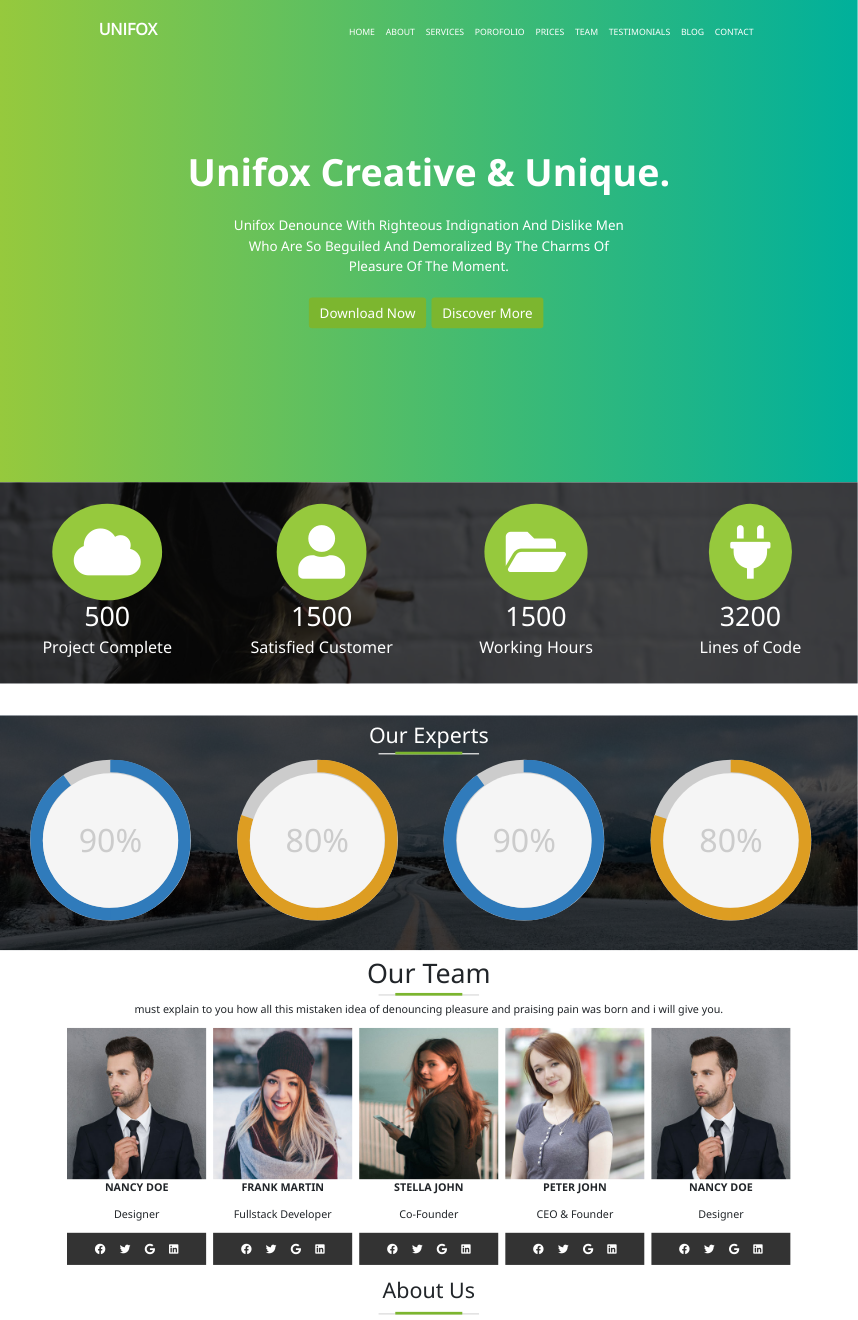
Repository: ibrkhalil/Uniforce-First-Attempt
Page: index.html
An editor plug-in stored every save of this project. The page is shown before and after the next save, followed by the edit.
The browser window is 1280 px wide. The pictures show the whole page, at 67% of full size.
Backgrounds fixed to the window are drawn as part of the page.

Above is the page before, as saved 2021-01-24 02:26:16.

### index.html
<!DOCTYPE html>
<html lang="en">
  <head>
    <meta charset="UTF-8" />
    <link rel="stylesheet" href="./bootstrap.min.css" />
    <link rel="stylesheet" href="owl.carousel.css" />
    <link rel="preconnect" href="https://fonts.gstatic.com" />
    <link rel="stylesheet" href="./jquery-ui.css" />
    <link
      rel="stylesheet"
      href="https://use.fontawesome.com/releases/v5.15.2/css/all.css"
      integrity="sha384-vSIIfh2YWi9wW0r9iZe7RJPrKwp6bG+s9QZMoITbCckVJqGCCRhc+ccxNcdpHuYu"
      crossorigin="anonymous"
    />
    <link rel="stylesheet" href="./circle.css" />
    <link
      href="https://fonts.googleapis.com/css2?family=Open+Sans&display=swap"
      rel="stylesheet"
    />
    <link rel="stylesheet" href="style.css" />
    <meta name="viewport" content="width=device-width, initial-scale=1.0" />
    <title>Unifox</title>
  </head>

  <body>
    <div class="main-nav">
      <nav
        class="navbar navbar-expand-lg justify-content-around sticky-top navbar-fixed-top"
      >
        <!-- <div class="container"> -->
        <a class="navbar-brand" href="#"><h3 class="unifox">UNIFOX</h3></a>
        <button
          class="navbar-toggler"
          type="button"
          data-toggle="collapse"
          data-target="#navbarSupportedContent"
          aria-controls="navbarSupportedContent"
          aria-expanded="false"
          aria-label="Toggle navigation"
        >
          <span class="fa fa-bars fa-3x"></span>
        </button>
        <div class="">
          <div class="nav-items">
            <div class="collapse navbar-collapse" id="navbarSupportedContent">
              <ul class="navbar-nav mr-auto">
                <li class="item">
                  <a class="nav-link active" href="#">HOME</a>
                </li>
                <li class="nav-item"><a class="nav-link" href="#">ABOUT</a></li>
                <li class="nav-item">
                  <a class="nav-link" href="#">SERVICES</a>
                </li>
                <li class="nav-item">
                  <a class="nav-link" href="#">POROFOLIO</a>
                </li>
                <li class="nav-link"><a href="#">PRICES</a></li>
                <li class="nav-link"><a href="#">TEAM</a></li>
                <li class="nav-link"><a href="#">TESTIMONIALS</a></li>
                <li class="nav-link"><a href="#">BLOG</a></li>
                <li class="nav-link"><a href="#">CONTACT</a></li>
              </ul>
            </div>
          </div>
        </div>

        <!-- </div> -->
      </nav>

      <!-- nav end -->

      <div class="jumbotron">
        <h1 class="display-4 jumbo-main-text">
          <strong>Unifox Creative & Unique.</strong>
        </h1>
        <p class="lead jumbo-subtext">
          Unifox Denounce With Righteous Indignation And Dislike Men Who Are So
          Beguiled And Demoralized By The Charms Of Pleasure Of The Moment.
        </p>

        <div class="jumbo-btns">
          <p class="lead">
            <a class="btn jumbo-btn btn-primary btn-lg" href="#" role="button"
              >Download Now</a
            >
          </p>
          <p class="lead">
            <a class="btn jumbo-btn btn-primary btn-lg" href="#" role="button"
              >Discover More</a
            >
          </p>
        </div>
      </div>
      <!-- jumbotron end -->
      <!-- heading end -->
    </div>
    <div class="counting-number parallax">
      <div class="container-fluid">
        <div class="row">
          <div class="col-md-3">
            <i class="fa counting-icon fa-cloud fa-5x"></i>
            <h1 class="counter" data-count="500">0</h1>
            <h4>Project Complete</h4>
          </div>
          <div class="col-md-3">
            <i class="fa counting-icon fa-user fa-5x"></i>
            <h1 class="counter" data-count="1500">0</h1>
            <h4>Satisfied Customer</h4>
          </div>
          <div class="col-md-3">
            <i class="fa counting-icon fa-folder-open fa-5x"></i>
            <h1 class="counter" data-count="1500">0</h1>
            <h4>Working Hours</h4>
          </div>
          <div class="col-md-3">
            <i class="fa counting-icon fa-plug fa-5x"></i>
            <h1 class="counter" data-count="3200">0</h1>
            <h4>Lines of Code</h4>
          </div>
        </div>
      </div>
    </div>

    <br />
    <br />

    <!-- Counting number div -->
    <div class="our-experts-main">
      <h2 class="our-experts-word line">Our Experts</h2>

      <div class="our-experts">
        <div class="clearfix circular-icons">
          <div class="c100 p90 big blue">
            <span>90%</span>
            <div class="slice">
              <div class="bar"></div>
              <div class="fill"></div>
            </div>
          </div>
          <div class="c100 p80 big orange">
            <span>80%</span>
            <div class="slice">
              <div class="bar"></div>
              <div class="fill"></div>
            </div>
          </div>
          <div class="c100 p90 big blue">
            <span>90%</span>
            <div class="slice">
              <div class="bar"></div>
              <div class="fill"></div>
            </div>
          </div>

          <div class="c100 p80 big orange">
            <span>80%</span>
            <div class="slice">
              <div class="bar"></div>
              <div class="fill"></div>
            </div>
          </div>
        </div>
        <!-- /green -->

        <!-- orange -->
        <div class="clearfix"></div>
      </div>
    </div>

    <!-- experts end -->

    <div class="our-team">
      <div class="container">
        <div class="our-team-text">
          <h1 class="line">Our Team</h1>

          <p>
            must explain to you how all this mistaken idea of denouncing
            pleasure and praising pain was born and i will give you.
          </p>
        </div>
        <div class="top-content">
          <div class="container-fluid">
            <div class="owl-carousel owl-theme">
              <div class="item">
                <img
                  src="./images/1 (1).jpg"
                  class="img-fluid mx-auto d-block"
                  alt="img1"
                />
                <strong class="team-member-name">
                  <p>STELLA JOHN</p>
                </strong>
                <p>Co-Founder</p>
                <div class="social-media-icons" data-content="Link Hover">
                  <div
                    class="container d-flex justify-content-around align-items-center"
                  >
                    <i class="fab fa-facebook"></i>
                    <i class="fab fa-twitter"></i>
                    <i class="fab fa-google"></i>
                    <i class="fab fa-linkedin"></i>
                  </div>
                </div>
              </div>

              <div class="item">
                <img
                  src="./images/2 (1).jpg"
                  class="img-fluid mx-auto d-block"
                  alt="img2"
                />
                <strong class="team-member-name">
                  <p>PETER JOHN</p>
                </strong>
                <p>CEO & Founder</p>
                <div class="social-media-icons">
                  <div
                    class="container d-flex justify-content-around align-items-center"
                  >
                    <i class="fab fa-facebook"></i>
                    <i class="fab fa-twitter"></i>
                    <i class="fab fa-google"></i>
                    <i class="fab fa-linkedin"></i>
                  </div>
                </div>
              </div>

              <div class="item">
                <img
                  src="./images/3 (1).jpg"
                  class="img-fluid mx-auto d-block"
                  alt="img3"
                />
                <strong class="team-member-name">
                  <p>NANCY DOE</p>
                </strong>
                <p>Designer</p>
                <div class="social-media-icons">
                  <div
                    class="container d-flex justify-content-around align-items-center"
                  >
                    <i class="fab fa-facebook"></i>
                    <i class="fab fa-twitter"></i>
                    <i class="fab fa-google"></i>
                    <i class="fab fa-linkedin"></i>
                  </div>
                </div>
              </div>

              <div class="item">
                <img
                  src="./images/4.jpg"
                  class="img-fluid mx-auto d-block"
                  alt="img4"
                />
                <strong class="team-member-name">
                  <p>FRANK MARTIN</p>
                </strong>
                <p>Fullstack Developer</p>
                <div class="social-media-icons">
                  <div
                    class="container d-flex justify-content-around align-items-center"
                  >
                    <i class="fab fa-facebook"></i>
                    <i class="fab fa-twitter"></i>
                    <i class="fab fa-google"></i>
                    <i class="fab fa-linkedin"></i>
                  </div>
                </div>
              </div>
            </div>
          </div>
        </div>
      </div>
    </div>
        <section class="line my-2 green-bottom-border">
            <h2>About Us</h2>
        </section>

    <script src="./jquery.js"></script>
    <script src="./jquery-ui.js"></script>
    <script src="./owl.carousel.js"></script>
    <script src="./owl.autoplay.js"></script>
    <script src="./bootstrap.js"></script>
    <script src="./script.js"></script>
  </body>
</html>

### style.css
*{
    margin: 0;
    padding: 0;
}
body{
    font-family: 'Segoe UI', Tahoma, Geneva, Verdana, sans-serif;
}
.nav-items{
    display: flex;
    width: 100%;
    justify-content: space-between;
}

.main-nav h3{
    font-family: 'Open Sans', sans-serif;
    font-weight: bold;
    font-size: x-large;
}
.main-nav{
    transition: all 200ms;
    font-size: small;
    background: linear-gradient(to right, #96c93d, #00b09b);
    height: 100vh;
}
.main-nav a{
    text-decoration: none;
    color: white;
    border: none;
}
 .main-nav li, .main-nav h3 {
    margin-top: 1rem;
}
.circular-icons{
    display: flex;
    justify-content: space-between;
}
.jumbotron{
    text-align: center;
    margin-top: 5rem;
    color: white;
    background-color: transparent;
}
.jumbo-btn{
    background-color: #7CB62F;
}

.navbar-fixed-top a:hover{
    color: #3e3e3e;
}
.navbar-fixed-top.scrolled {
    width: 100vw;
    background-color: #fff !important;
    /* padding: 0.5rem 0; */
    /* transition: all 200ms ease; */

  }
/* .navbar-fixed-top.scrolled  a{
    color: black;

  } */
  .navbar-fixed-top.scrolled  a:hover{
    color: gray;

  }
.jumbo-btns{
    display: flex;
    justify-content: center;
}
.jumbo-subtext{

    margin: 2rem auto;
    width: 50%;
}
.jumbo-main-text{
font-weight: 400;
}
.jumbo-btns p{
   margin-right: 0.5rem;
}
.lead-btns a{
    display: flex;
    border: none;
}
.parallax {
    background-image: url("./fun_facts_bg.jpg");
    height: 300px;
    background-blend-mode: overlay;
    background-attachment: fixed;
    background-position: center;
    background-repeat: no-repeat;
    background-size: cover;
    background-color: rgba(0, 0, 0,0.7);
    color: white;
    text-align: center;
    display: flex;
    align-items: center;
  }
  .parallax img {
      height: 300px;
      object-fit: cover;
  }
  .counting-icon{
      padding: 2rem;
      background-color: #96c93d ;
      border-radius: 50%;
  }
.jumbo-btn:hover{
    transition: 1s;
    background-color: black;
}
.line{
    position: relative;
    text-align: center;
    padding: 10px 0;
}
.line::after , .line::before{
    content: "";
    width: 100px;
    height: 4px;
    position: absolute;
    background-color: #7CB62F;
    left: 50%;
    transform: translate(-50%,0);
    bottom: 0;
}
.line::before{
    height: 2px;
    background-color: #ddd;
    width: 150px;
}


.clearfix:before,.clearfix:after {content: " "; display: table;}
.clearfix:after {clear: both;}
.clearfix {*zoom: 1;}


.our-experts-main{
    background-image: url("./skill-bg.jpg");
    height: 350px;
    background-blend-mode: overlay;
    background-attachment: fixed;
    background-position: center;
    background-repeat: no-repeat;
    background-size: cover;
    background-color: rgba(0, 0, 0,0.7);
    color: white;
}
.our-experts-main:first-child{
    display: flex;
    justify-content: center;
}
.our-experts h2{
    display: block !important;
}
.our-team{
    text-align: center;
}
@media (min-width: 768px) and (max-width: 991px) {
    /* Show 4th slide on md if col-md-4*/
    .carousel-inner .active.col-md-4.carousel-item + .carousel-item + .carousel-item + .carousel-item {
        position: absolute;
        top: 0;
        right: -33.3333%;  /*change this with javascript in the future*/
        z-index: -1;
        display: block;
        visibility: visible;
    }
}
@media (min-width: 576px) and (max-width: 768px) {
    /* Show 3rd slide on sm if col-sm-6*/
    .carousel-inner .active.col-sm-6.carousel-item + .carousel-item + .carousel-item {
        position: absolute;
        top: 0;
        right: -50%;  /*change this with javascript in the future*/
        z-index: -1;
        display: block;
        visibility: visible;
    }
}
@media (min-width: 576px) {
    .carousel-item {
        margin-right: 0;
    }
    /* show 2 items */
    .carousel-inner .active + .carousel-item {
        display: block;
    }
    .carousel-inner .carousel-item.active:not(.carousel-item-right):not(.carousel-item-left),
    .carousel-inner .carousel-item.active:not(.carousel-item-right):not(.carousel-item-left) + .carousel-item {
        transition: none;
    }
    .carousel-inner .carousel-item-next {
        position: relative;
        transform: translate3d(0, 0, 0);
    }
    /* left or forward direction */
    .active.carousel-item-left + .carousel-item-next.carousel-item-left,
    .carousel-item-next.carousel-item-left + .carousel-item,
    .carousel-item-next.carousel-item-left + .carousel-item + .carousel-item {
        position: relative;
        transform: translate3d(-100%, 0, 0);
        visibility: visible;
    }
    /* farthest right hidden item must be also positioned for animations */
    .carousel-inner .carousel-item-prev.carousel-item-right {
        position: absolute;
        top: 0;
        left: 0;
        z-index: -1;
        display: block;
        visibility: visible;
    }
    /* right or prev direction */
    .active.carousel-item-right + .carousel-item-prev.carousel-item-right,
    .carousel-item-prev.carousel-item-right + .carousel-item,
    .carousel-item-prev.carousel-item-right + .carousel-item + .carousel-item {
        position: relative;
        transform: translate3d(100%, 0, 0);
        visibility: visible;
        display: block;
        visibility: visible;
    }
}
/* MD */
@media (min-width: 768px) {
    /* show 3rd of 3 item slide */
    .carousel-inner .active + .carousel-item + .carousel-item {
        display: block;
    }
    .carousel-inner .carousel-item.active:not(.carousel-item-right):not(.carousel-item-left) + .carousel-item + .carousel-item {
        transition: none;
    }
    .carousel-inner .carousel-item-next {
        position: relative;
        transform: translate3d(0, 0, 0);
    }
    /* left or forward direction */
    .carousel-item-next.carousel-item-left + .carousel-item + .carousel-item + .carousel-item {
        position: relative;
        transform: translate3d(-100%, 0, 0);
        visibility: visible;
    }
    /* right or prev direction */
    .carousel-item-prev.carousel-item-right + .carousel-item + .carousel-item + .carousel-item {
        position: relative;
        transform: translate3d(100%, 0, 0);
        visibility: visible;
        display: block;
        visibility: visible;
    }
}
/* LG */
@media (min-width: 991px) {
    /* show 4th item */
    .carousel-inner .active + .carousel-item + .carousel-item + .carousel-item {
        display: block;
    }
    .carousel-inner .carousel-item.active:not(.carousel-item-right):not(.carousel-item-left) + .carousel-item + .carousel-item + .carousel-item {
        transition: none;
    }
    /* Show 5th slide on lg if col-lg-3 */
    .carousel-inner .active.col-lg-3.carousel-item + .carousel-item + .carousel-item + .carousel-item + .carousel-item {
        position: absolute;
        top: 0;
        right: -25%;  /*change this with javascript in the future*/
        z-index: -1;
        display: block;
        visibility: visible;
    }
    /* left or forward direction */
    .carousel-item-next.carousel-item-left + .carousel-item + .carousel-item + .carousel-item + .carousel-item {
        position: relative;
        transform: translate3d(-100%, 0, 0);
        visibility: visible;
    }
    /* right or prev direction //t - previous slide direction last item animation fix */
    .carousel-item-prev.carousel-item-right + .carousel-item + .carousel-item + .carousel-item + .carousel-item {
        position: relative;
        transform: translate3d(100%, 0, 0);
        visibility: visible;
        display: block;
        visibility: visible;
    }
}
.social-media-icons{
    color: white;
    padding: 1rem;
    /* clip-path: polygon(0 0, 0 0, 0% 100%, 0 100%); */
    /* background-size: 100% 0;y/ */
    /* width: 100%; */
    background: red; /* default color */

    /* "to left" / "to right" - affects initial color */
    background: linear-gradient(to left, #333 50%, #7CB62F 50%) right;
    background-size: 200%;
    transition: 1s ease;
}
.social-media-icons:hover{
    background-position:left;
}
.social-media-icons i{
    cursor: pointer;
}

/* .social-media-icons::before{
    position: absolute; */
    /* content: attr(data-content); */
/* } */


.social-media-icons .fab:hover{
    transition: 1s;
    color: gold;
}
.carousel-item:nth-child(2){
    margin-bottom: 1rem;
}

@media screen and (max-width: 768px){
    /* .navbar-nav{ */
        .navbody{
        display: none;
        justify-content: center;
        width: 100vw;
        /* float: right; */
    }
}

Loaded but not shown: bootstrap.min.css (library); owl.carousel.css (library); jquery-ui.css (library); jquery.js (library); jquery-ui.js (library); owl.carousel.js (library); owl.autoplay.js (library); bootstrap.js (library); script.js (88 lines, source omitted); circle.css (879 lines, source omitted)

After the next save:
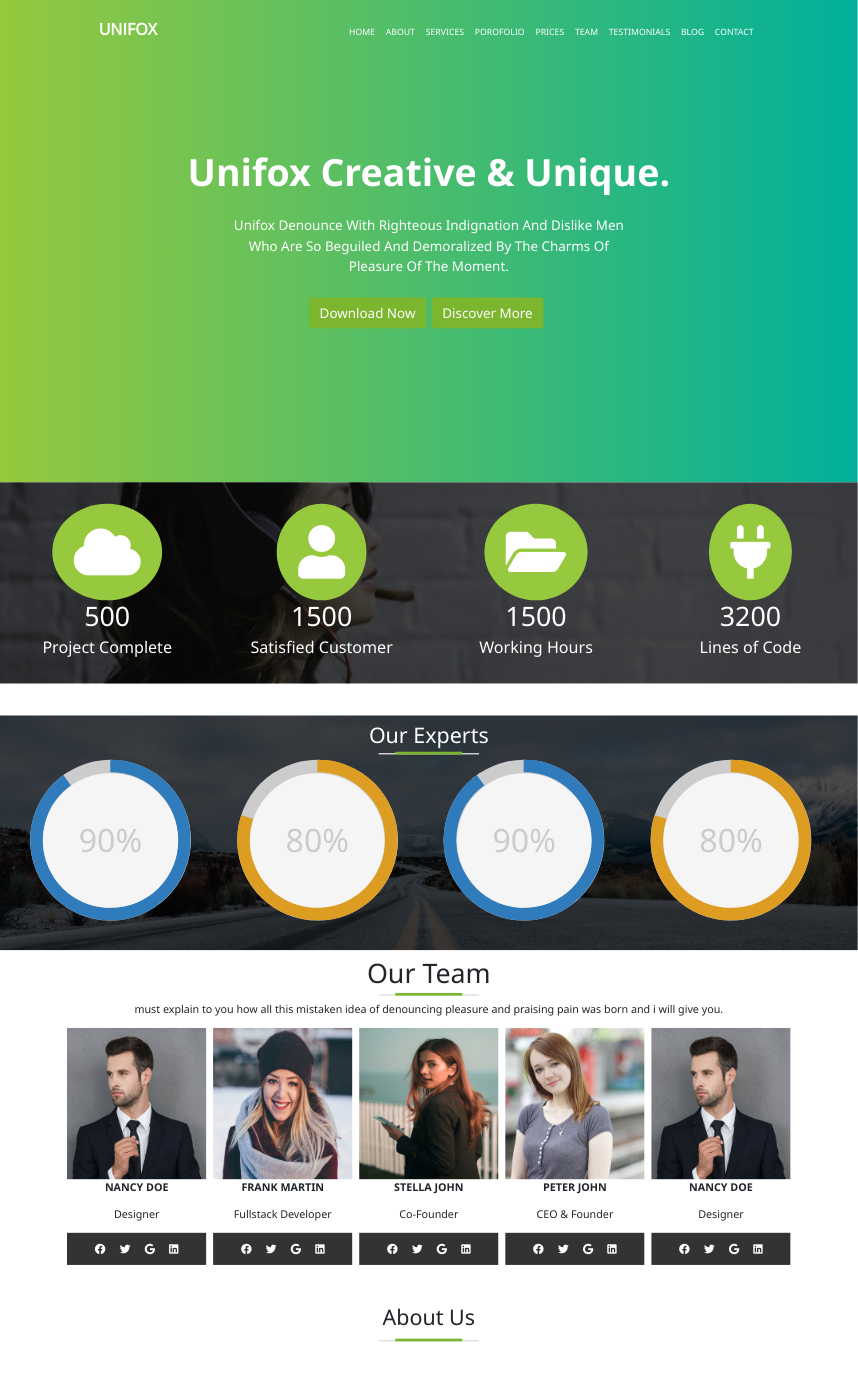
Saved 6 s later.
--- a/index.html
+++ b/index.html
@@ -274,7 +274,7 @@
         </div>
       </div>
     </div>
-        <section class="line my-2 green-bottom-border">
+        <section class="line my-5 green-bottom-border">
             <h2>About Us</h2>
         </section>
 
